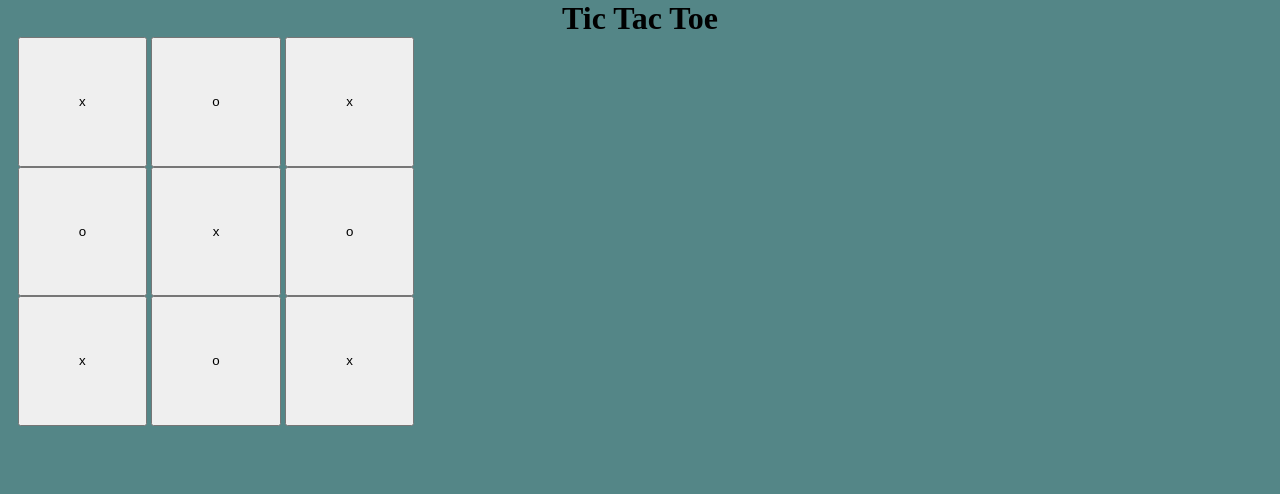
Repository: Mohitkumar1322/FrontendPracticee
Page: TicTacToeProject/index.html
The author's editor kept a copy of each file at every save. The page is drawn from the files as they stood at one save, then again after the next save.
The browser window is 1280 px wide. The pictures show the whole page.

Above is the page before, as saved 2025-07-21 18:46:41.

After the next save:
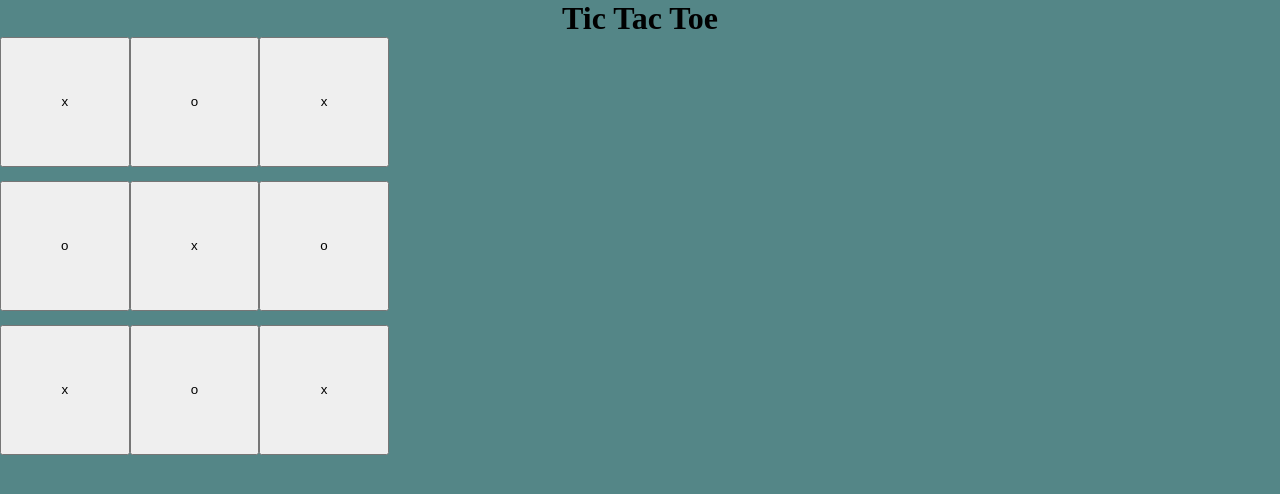
Saved 10 s later.
--- a/TicTacToeProject/style.css
+++ b/TicTacToeProject/style.css
@@ -17,7 +17,8 @@
 .game{
     height: 60vmin;
     width: 60vmin;
-    display: felx;
+    display: flex;
+    flex-wrap: wrap;
 
 }
 
